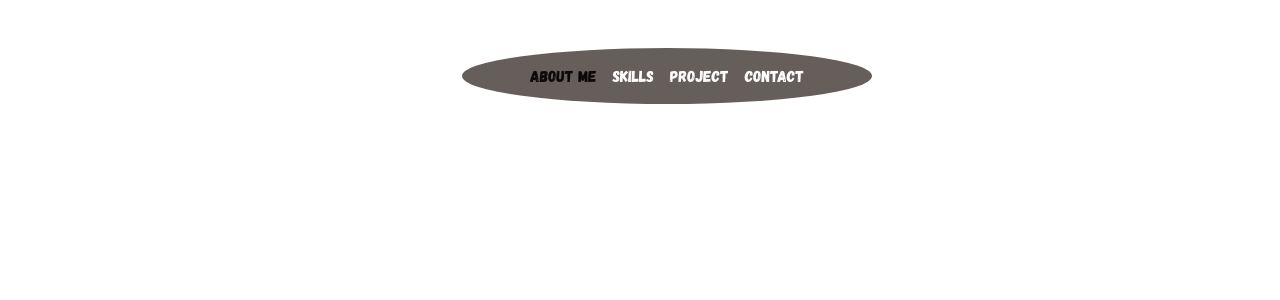
Repository: zetta-muhammad-asyrofuddien/Html-Css-ZettaCAmp
Page: Day1/Portofolio/index.html
The author's editor kept a copy of each file at every save. The page is drawn from the files as they stood at one save, then again after the next save.
The browser window is 1280 px wide. The pictures show the whole page.

Above is the page before, as saved 2023-07-05 02:54:12.

After the next save:
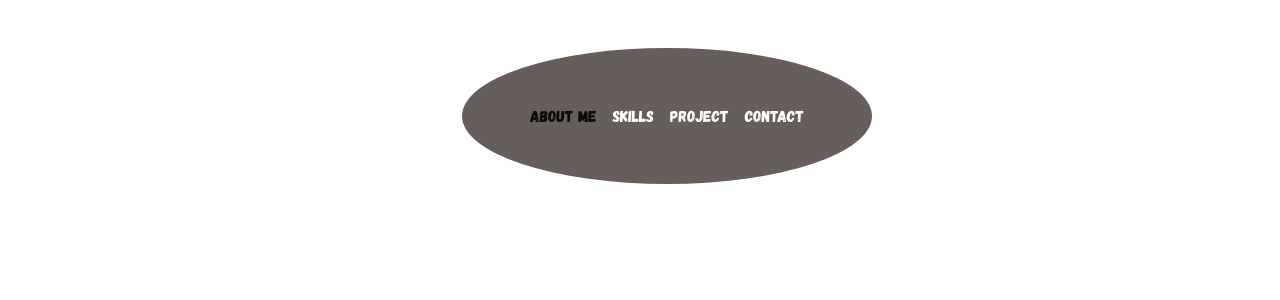
Saved 13 s later.
--- a/Day1/Portofolio/index.html
+++ b/Day1/Portofolio/index.html
@@ -13,7 +13,7 @@
         <div class="row">
           <div class="col-lg-4"></div>
           <div class="col-lg-4">
-            <nav class="navbar navbar-expand-lg mt-5 px-5">
+            <nav class="navbar navbar-expand-lg mt-5 px-5 p-5">
               <div class="container-fluid">
                 <div class="collapse navbar-collapse" id="navbarNav">
                   <ul class="navbar-nav">

After the save that followed:
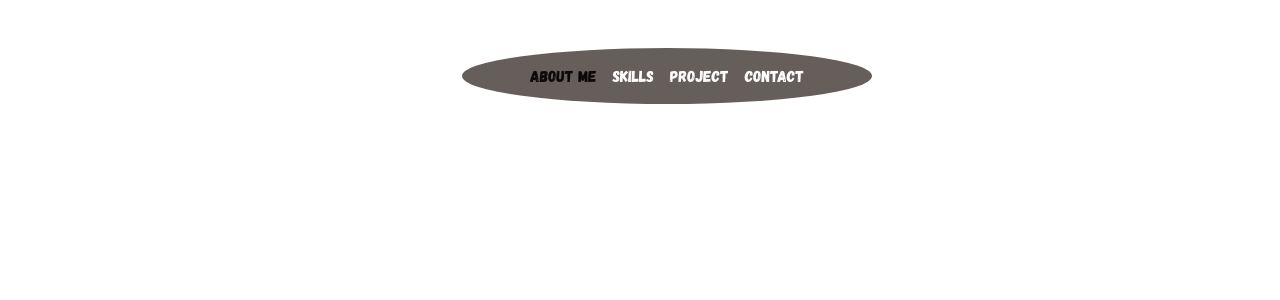
Saved 13 s later.
--- a/Day1/Portofolio/index.html
+++ b/Day1/Portofolio/index.html
@@ -13,7 +13,7 @@
         <div class="row">
           <div class="col-lg-4"></div>
           <div class="col-lg-4">
-            <nav class="navbar navbar-expand-lg mt-5 px-5 p-5">
+            <nav class="navbar navbar-expand-lg mt-5 px-5 px-5">
               <div class="container-fluid">
                 <div class="collapse navbar-collapse" id="navbarNav">
                   <ul class="navbar-nav">
